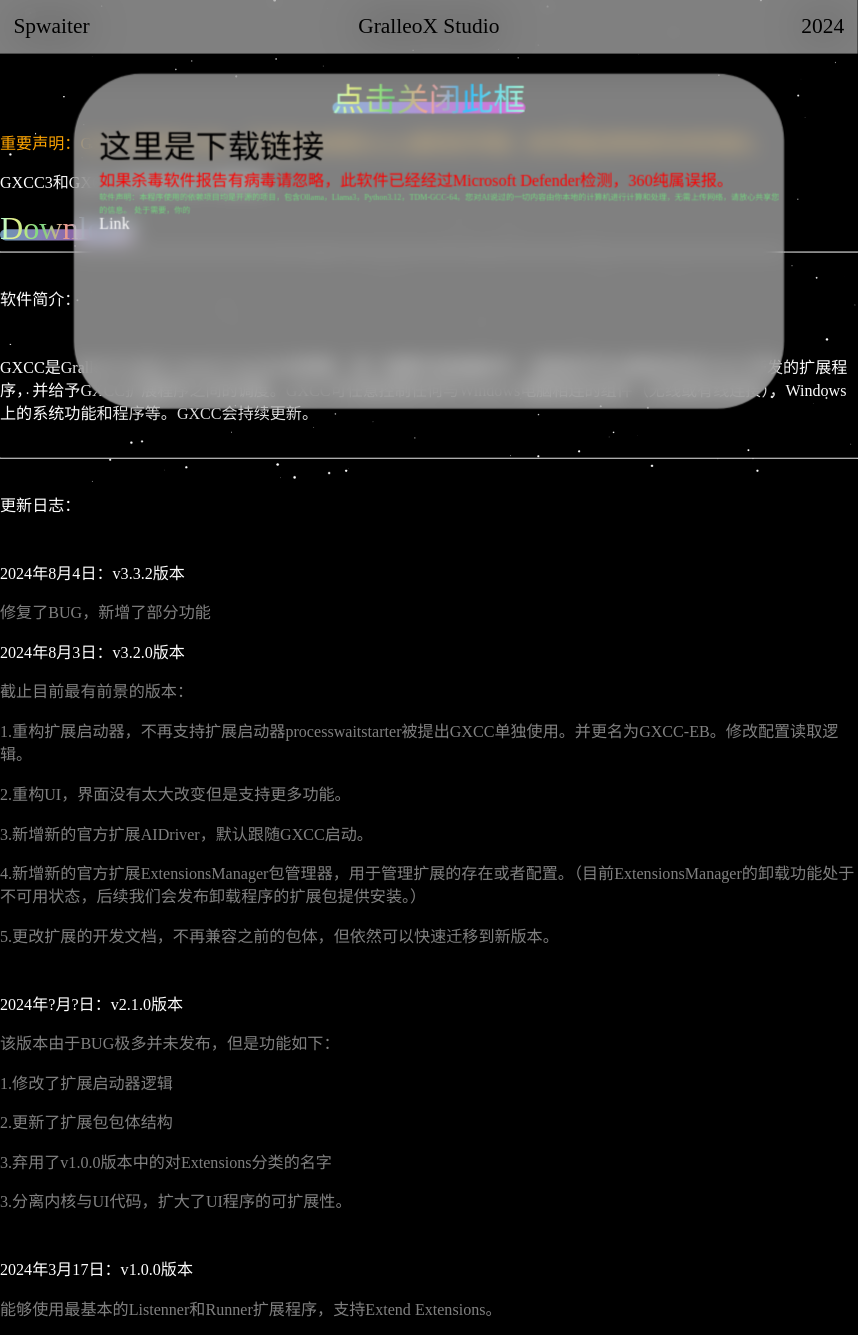
Repository: Lisu-Liso/page
Page: GXCC/index.html
The author's editor kept a copy of each file at every save. The page is drawn from the files as they stood at one save, then again after the next save.
The browser window is 1280 px wide. The pictures show the whole page, at 67% of full size.

Above is the page before, as saved 2024-08-13 21:30:41.

After the next save:
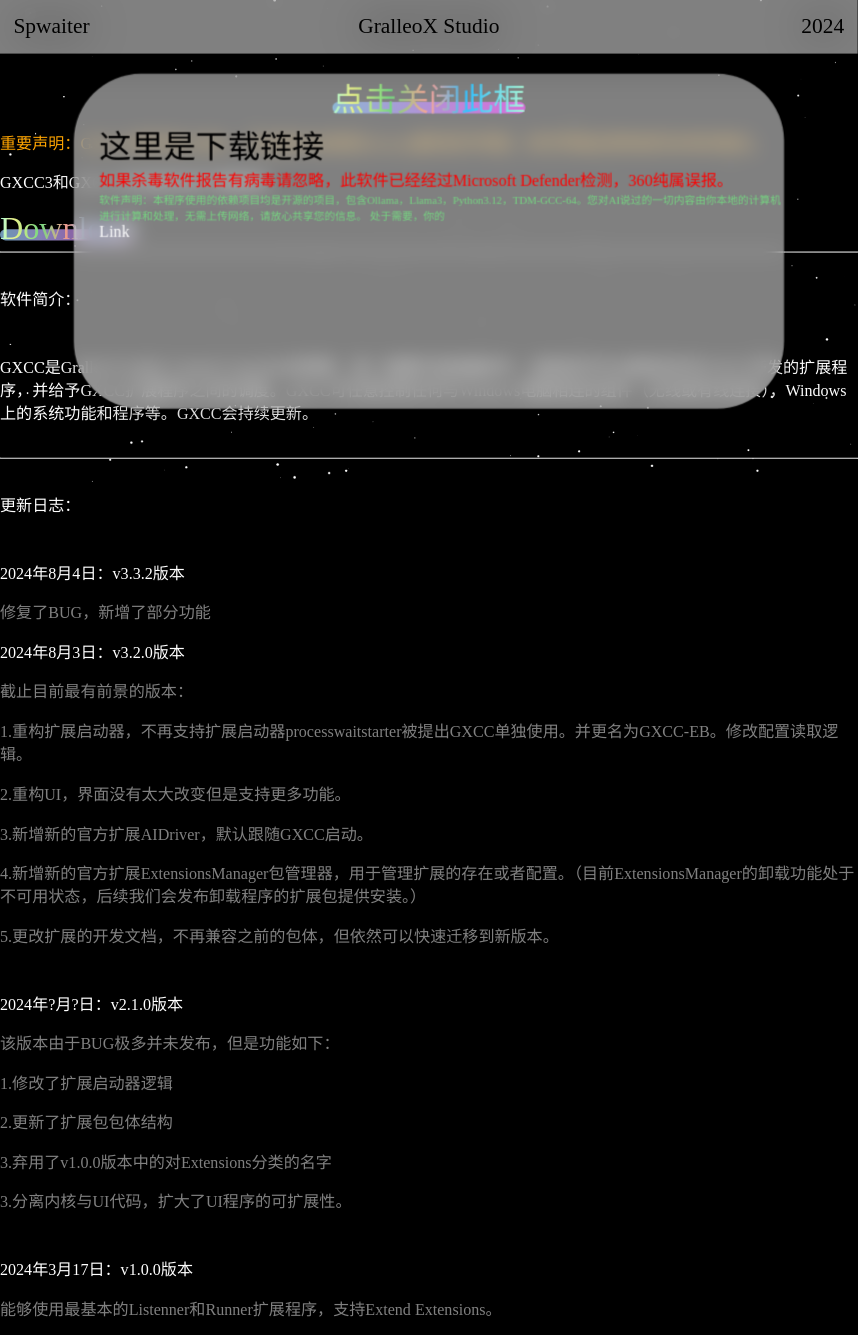
Saved 6 s later.
--- a/GXCC/index.html
+++ b/GXCC/index.html
@@ -194,7 +194,7 @@
                 color: white;
             }
             .smallnormaltext{
-                font-size: 9pt;
+                font-size: 12pt;
                 color: white;
             }
         </style>
